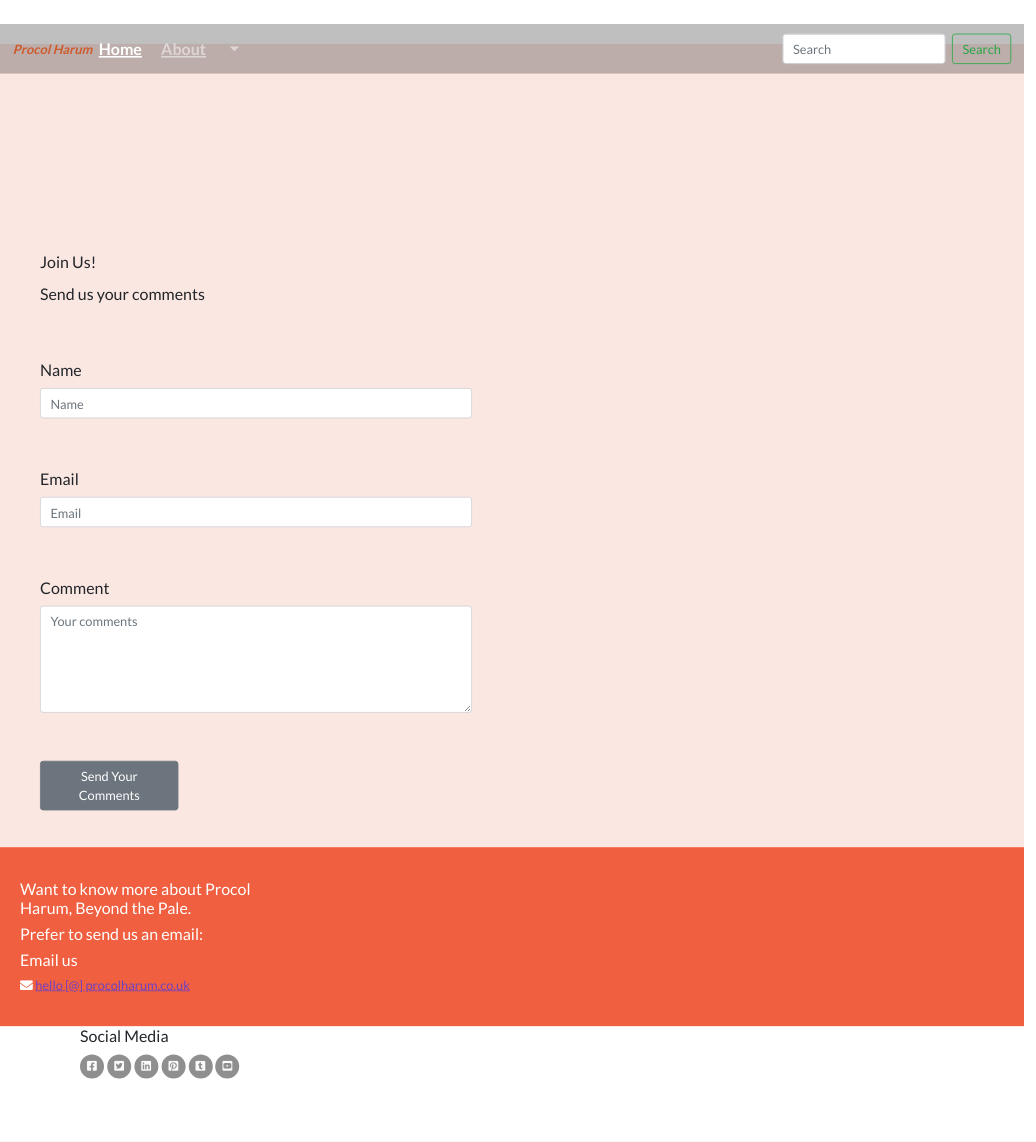
Repository: SOliv1/procol-harum-beyond-the-pale
Page: contact.html
The author's editor kept a record of every edit. The page is drawn from the files as they stood at one moment, then again after the next edit.
The browser window is 1280 px wide. The page is 1295 px wide, so the pictures cover 1295 px, including what lies to the right of the window. The pictures show the whole page, at 80% of full size.
Some web libraries are served in a nearby version.

Above is the page before.

After the next edit:
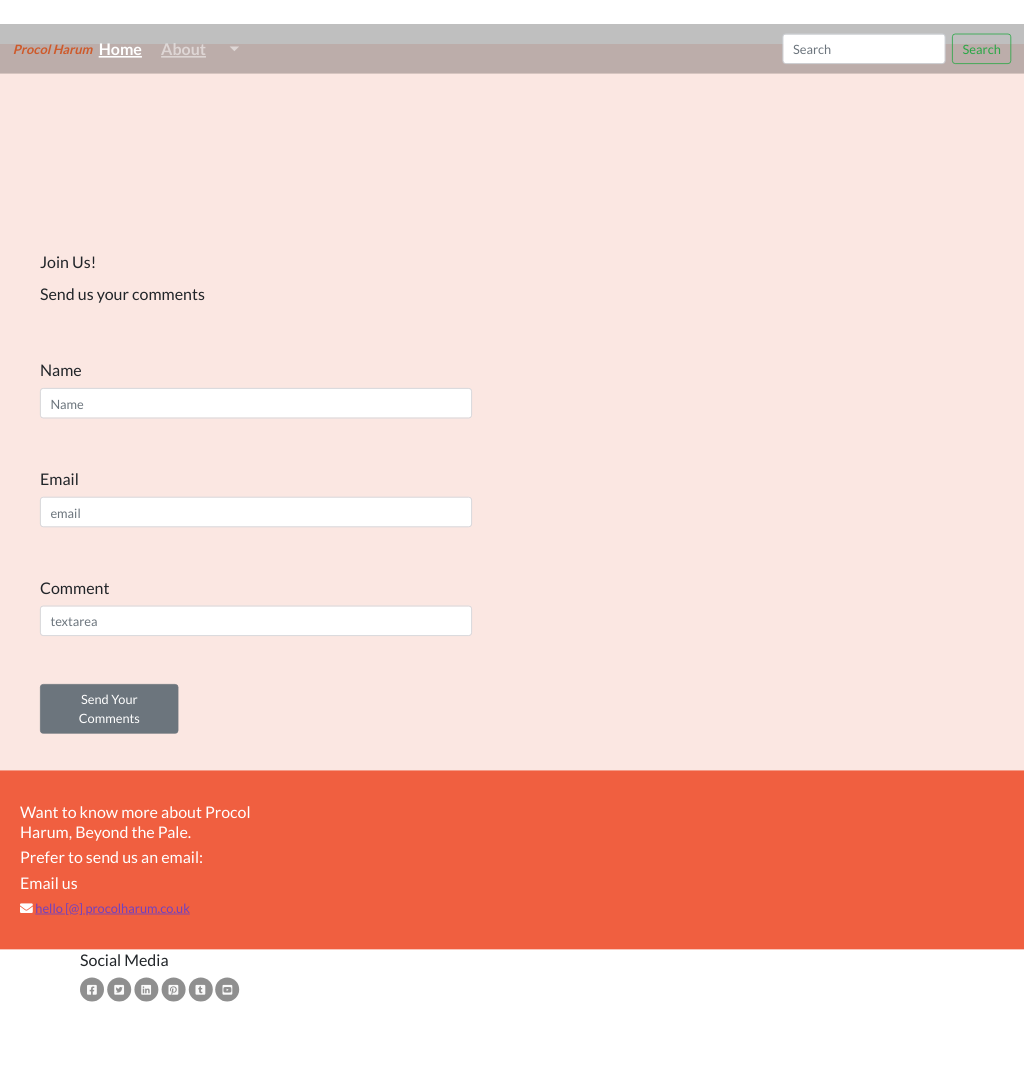
The edit:
--- a/contact.html
+++ b/contact.html
@@ -69,8 +69,8 @@
                                         <!-- start-name/email/comments-form -->
 
                                     <br><br><label for="name">Name</label><input type="text" name="name" id="fullname" class="form-control" placeholder="Name" required/>
-                                    <br><br><label for="email">Email</label><input type="text-email-address" name="email" class="form-control" placeholder="Email" required>
-                                    <br><br><label for="comment">Comment</label><textarea name="comment" class="form-control" placeholder="Your comments" required rows="5" cols="32"></textarea>
+                                    <br><br><label for="email">Email</label><input type="email" name="email" class="form-control" placeholder="email" required>
+                                    <br><br><label for="comment">Comment</label><input type="text"name="textarea" class="form-control" placeholder="textarea" required rows="5" cols="32"></textarea>
                                     <br><br>
                                     <div class="form-row text-center">
                                         <div class="col-md-4 mb-3">
